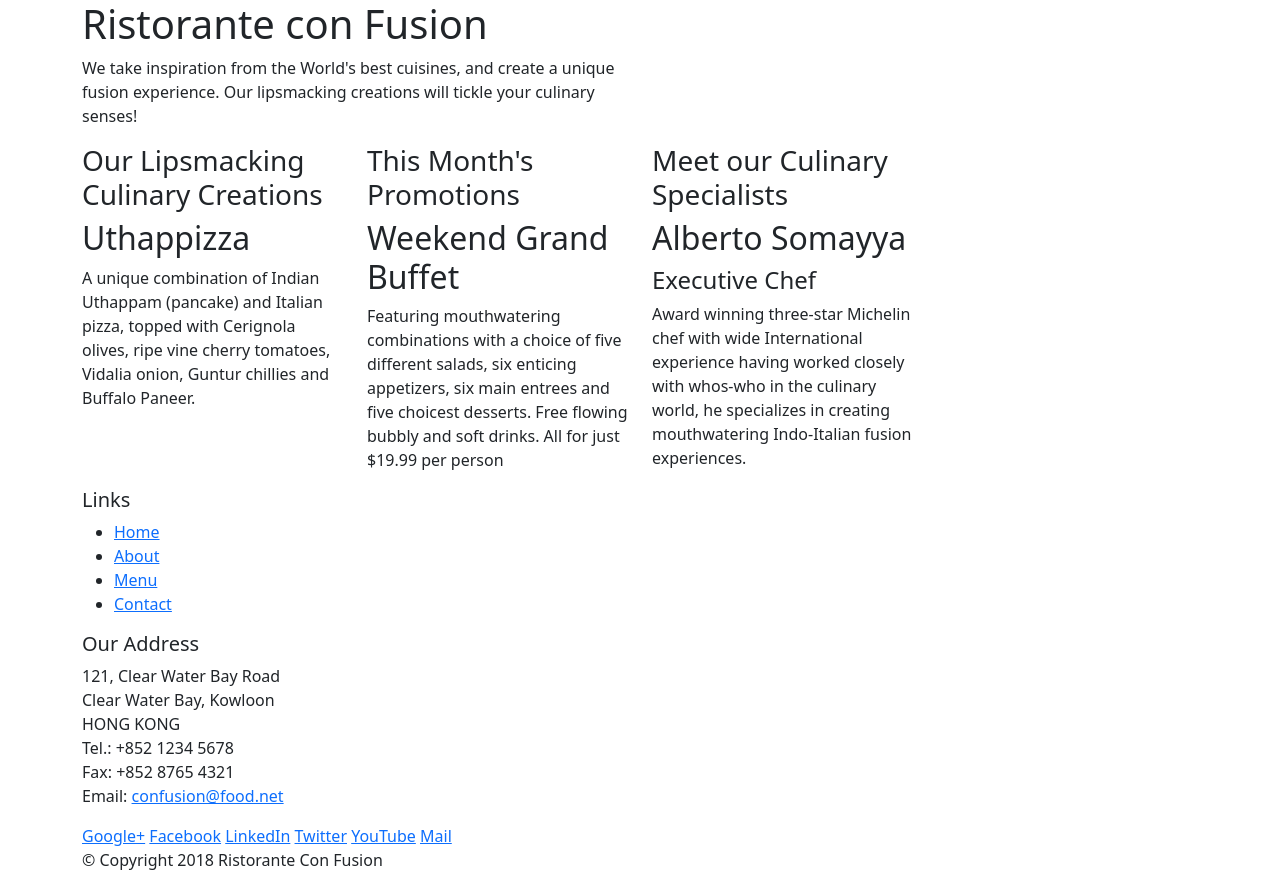
Repository: GiaBaooLe/Reactjs
Page: index.html
An editor plug-in stored every save of this project. The page is shown before and after the next save, followed by the edit.
The browser window is 1280 px wide. The pictures show the whole page.
Some web libraries are served in a nearby version.

Above is the page before, as saved 2023-09-12 14:04:32.

After the next save:
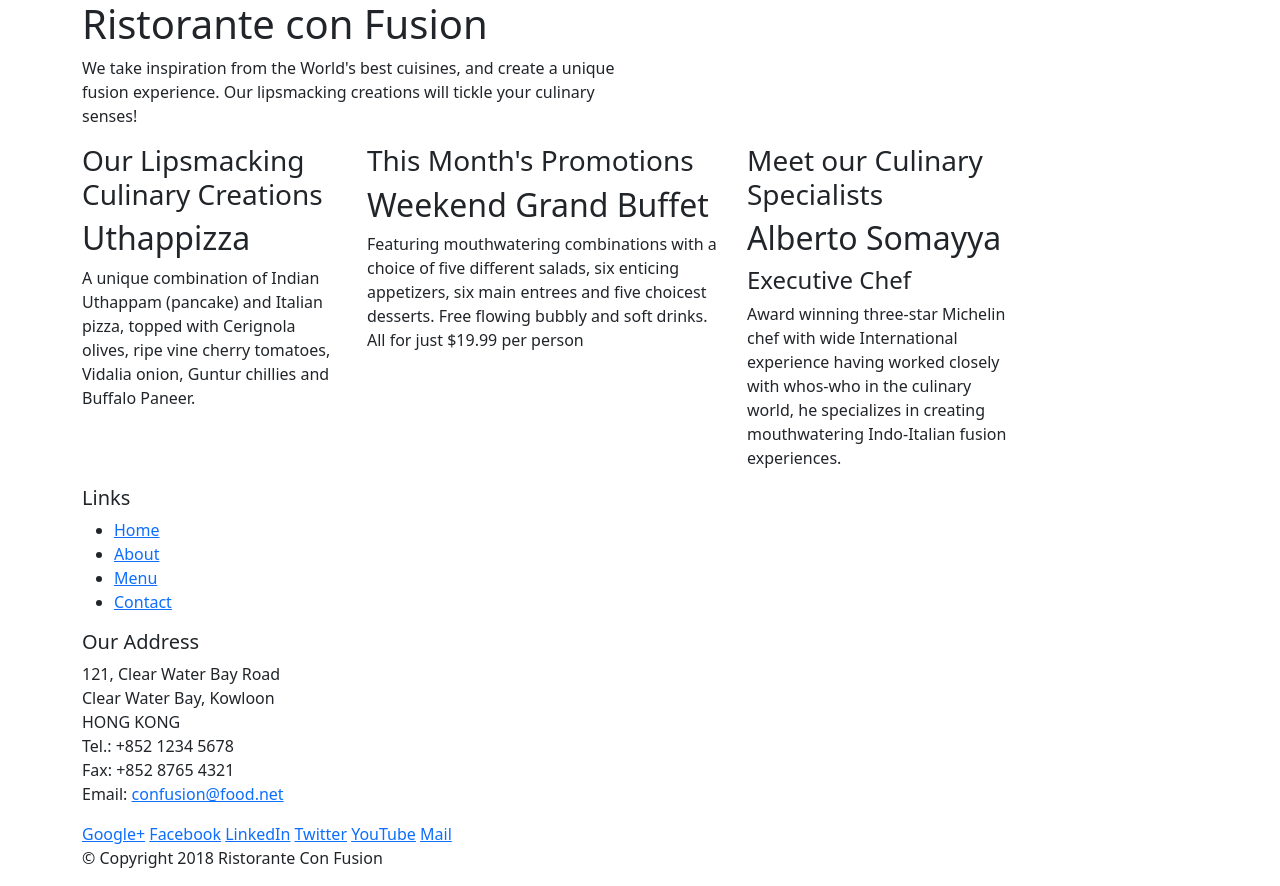
Saved 12 s later.
--- a/index.html
+++ b/index.html
@@ -56,7 +56,7 @@
       </div>
 
 
-      <div class="col-12 col-sm-4 col-md-3">
+      <div class="col-12 col-sm-4 col-md-4">
         <div>
           <h3>This Month's Promotions</h3>
         </div>
